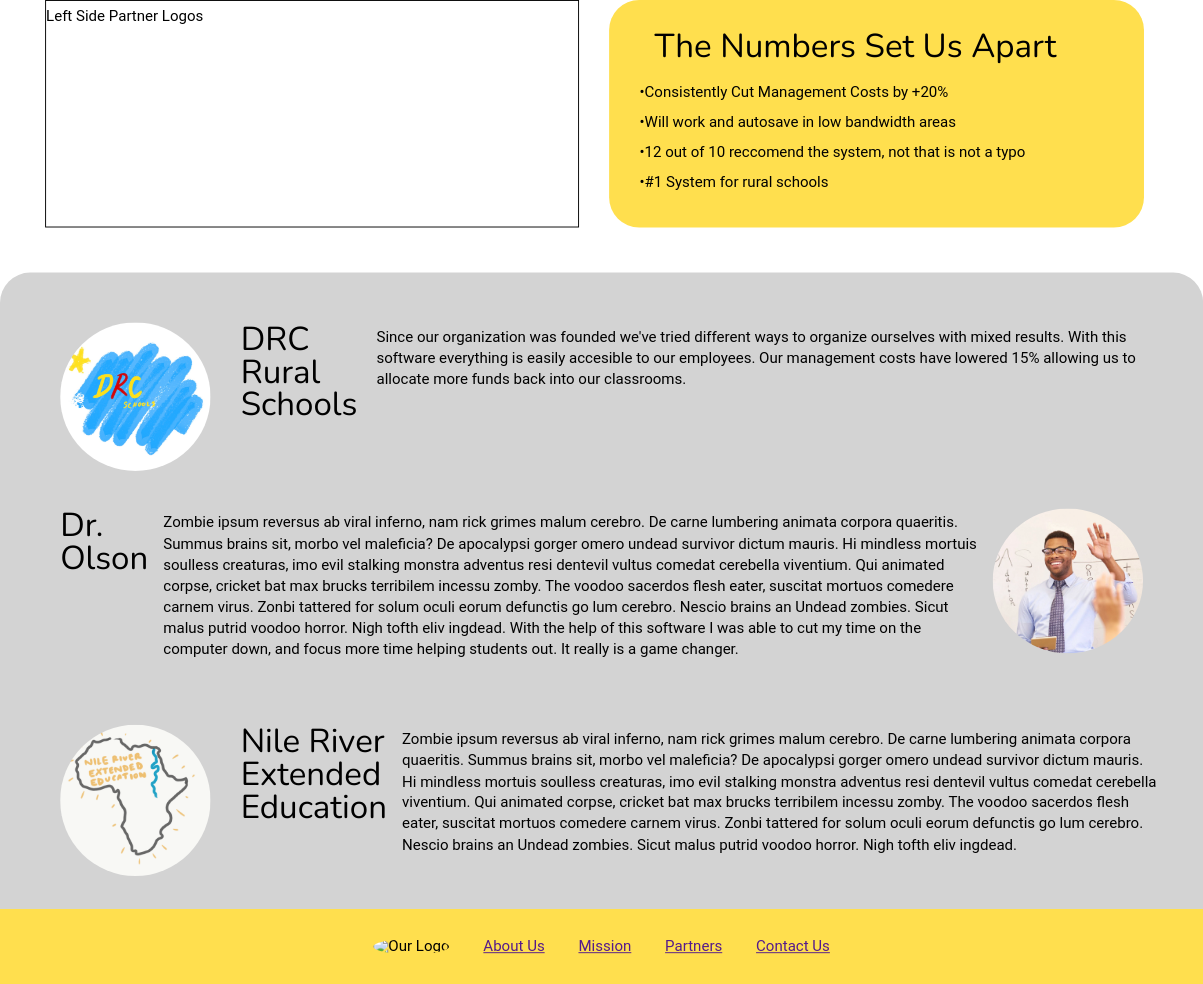
Repository: internationalrural-school-report/maketing-page
Page: marketing.html
An editor plug-in stored every save of this project. The page is shown before and after the next save, followed by the edit.
The browser window is 1280 px wide. The pictures show the whole page, at 94% of full size.

Above is the page before, as saved 2019-08-24 10:47:15.

After the next save:
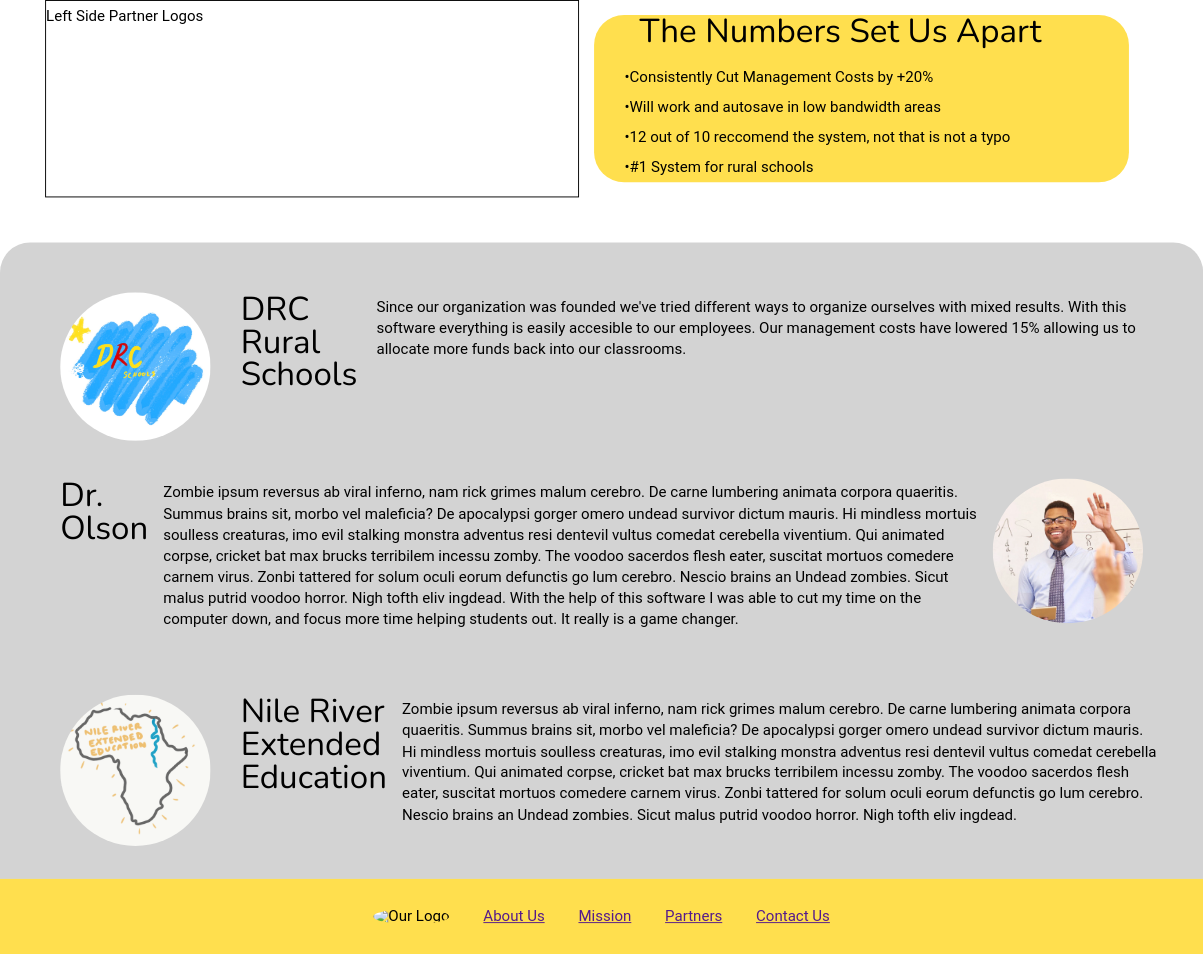
Saved 54 s later.
--- a/css-marketing.css
+++ b/css-marketing.css
@@ -95,8 +95,8 @@ img {
     width : 48%;
 }
 .right-partner {
-    margin-left: 2rem;
-    padding: 2rem;
+    margin: 1rem;
+    padding-left: 2rem;
     width: 48%;
     background: rgb(255, 223, 78);
     border-radius: 2rem;
